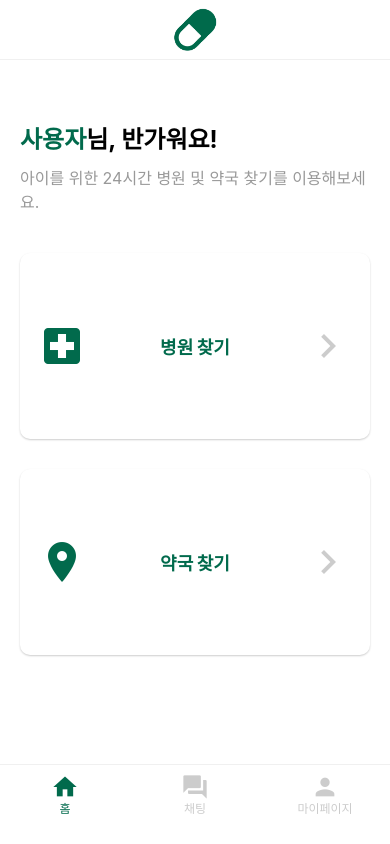
Repository: Sesac-icare/FrontEndiCare
Screen: /MainTabs (app in iCare/)
The author's editor kept a copy of each file at every save. The screen is drawn from the files as they stood at one save, then again after the next save.
The app was drawn by React Native's web renderer in a window 390 px wide. The project was rebuilt for these pictures with package versions that can differ from the ones it lists, and the page was loaded fresh each time. Some packages were replaced by stand-ins written for this rebuild. Also part of the build but not shown: iCare/components/HospitalList.js, iCare/components/PharmacyList.js, iCare/components/MyPage.js, iCare/components/auth/SignUp.js, iCare/components/DocumentStorage.js.

Above is the screen before, as saved 2025-02-06 13:16:27.

After the next save:
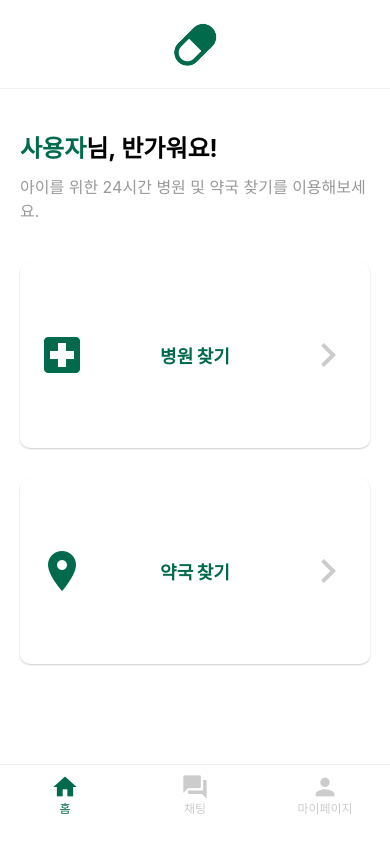
Saved 13 s later.
--- a/iCare/components/Header.js
+++ b/iCare/components/Header.js
@@ -15,18 +15,17 @@ export default function Header() {
 
 const styles = StyleSheet.create({
   header: {
-    height: 60,
-    paddingHorizontal: 20,
     flexDirection: "row",
     alignItems: "center",
-    justifyContent: "center",
-    backgroundColor: "#fff",
+    padding: 20,
     borderBottomWidth: 1,
     borderBottomColor: "#f0f0f0",
-    marginBottom: 20
+    backgroundColor: "#fff"
   },
   logo: {
     width: 48,
-    height: 48
+    height: 48,
+    marginLeft: "auto",
+    marginRight: "auto"
   }
 });
